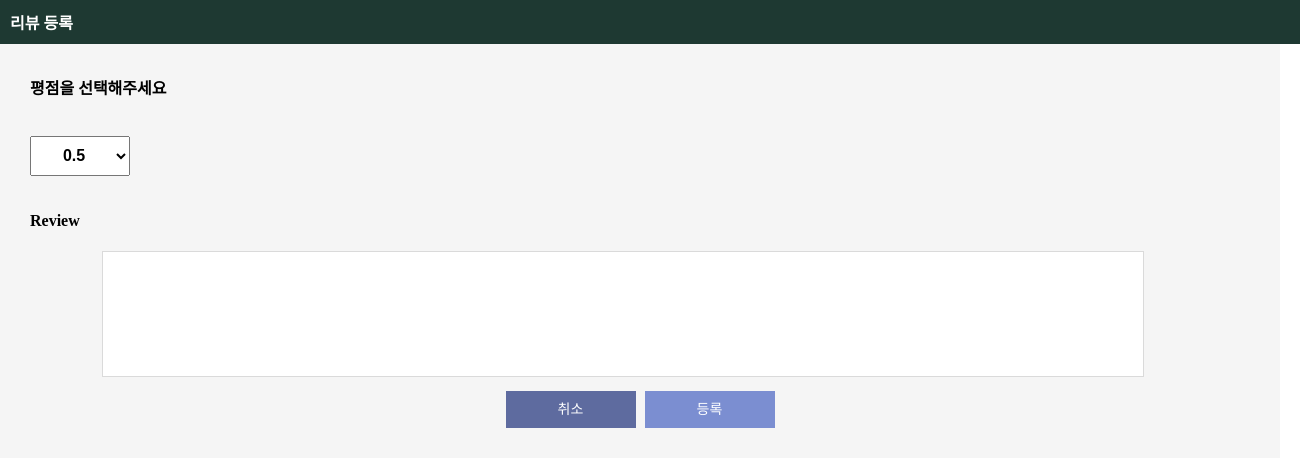
Repository: KimYoungHwans/Yproject
Page: http://localhost/Yproject/WEB-INF/views/replyEnroll.jsp
An editor plug-in stored every save of this project. The page is shown before and after the next save, followed by the edit.
The browser window is 1280 px wide. The page is 1300 px wide, so the pictures cover 1300 px, including what lies to the right of the window. The pictures show the whole page.
The page is served by Tomcat 9. Nobody is signed in. The template is opened directly, without the code that normally fills it, so the values that code supplies are empty.

Above is the page before, as saved 2023-01-18 07:18:08.

After the next save:
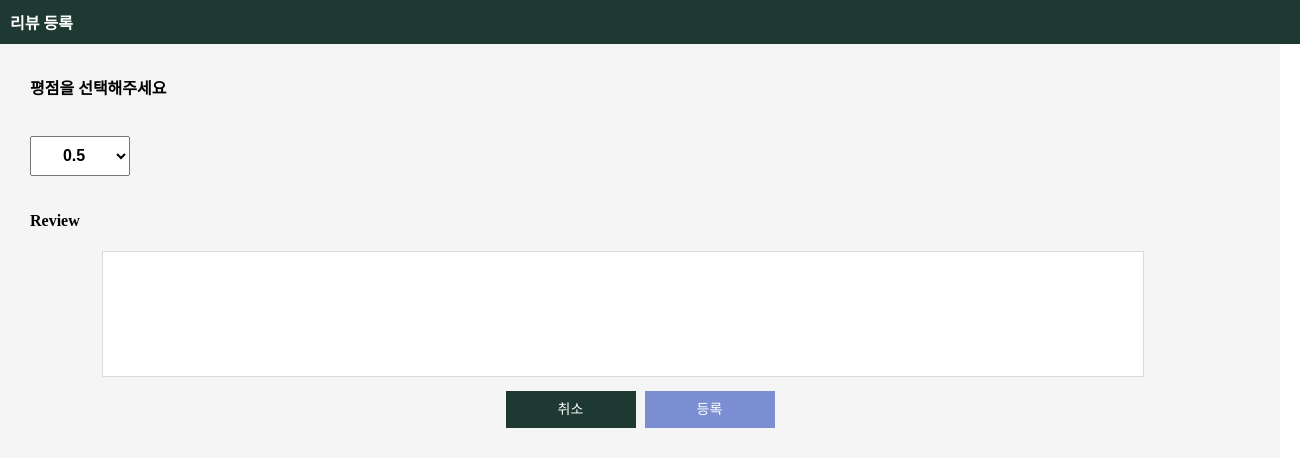
Saved 26 s later.
--- a/workspace/Yproject/src/main/webapp/WEB-INF/views/replyEnroll.jsp
+++ b/workspace/Yproject/src/main/webapp/WEB-INF/views/replyEnroll.jsp
@@ -46,7 +46,7 @@
   		margin-right:5px;
   	    display: inline-block;
 	    width: 130px;
-	    background-color: #5e6b9f;
+	    background-color: #1E3932;
 	    padding-top: 10px;
 	    height: 27px;
 	    color: #fff;
